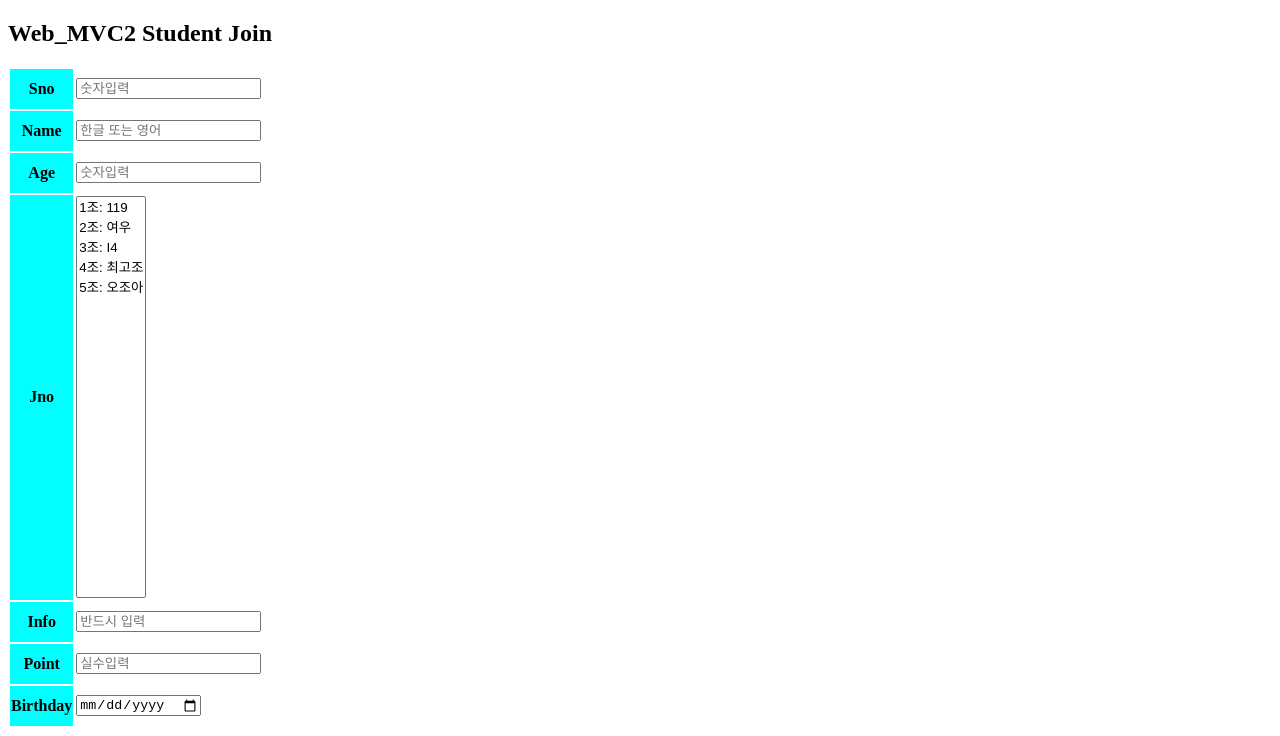
Repository: nameground/Java
Page: http://localhost/Web01/jsp99_mvcTest/mvc2_sJoin.jsp
The author's editor kept a copy of each file at every save. The page is drawn from the files as they stood at one save, then again after the next save.
The browser window is 1280 px wide. The pictures show the whole page.
The page is served by Tomcat 9. Nobody is signed in. The application's start-up code is not run. Other server files are loaded and not shown.

Above is the page before, as saved 2023-10-16 07:38:09.

### mTest/Mywork/Web01/src/main/webapp/jsp99_mvcTest/mvc2_sJoin.jsp
<%@ page language="java" contentType="text/html; charset=UTF-8"
    pageEncoding="UTF-8"%>
<%@ taglib uri="http://java.sun.com/jsp/jstl/core" prefix="c" %>
<!DOCTYPE html>
<html>
<head>
<meta charset="UTF-8">
<title>Web_MVC2 Student Join</title>
</head>
<body>
<h2>Web_MVC2 Student Join</h2>

<form action="">
	<table>
		<tr height="40">
			<th bgcolor="aqua">Sno</th>
			<td><input type="text" name="sno" placeholder="숫자입력" size="20"></td>
		</tr>
		<tr height="40">
			<th bgcolor="aqua">Name</th>
			<td><input type="text" name="name" placeholder="한글 또는 영어" size="20"></td>
		</tr>
		<tr height="40">
			<th bgcolor="aqua">Age</th>
			<td><input type="text" name="age" placeholder="숫자입력" size="20"></td>
		</tr>
		<tr height="40">
			<th bgcolor="aqua">Jno</th>
			<td>
				<select name="jno" size="20">
					<option value="1">1조: 119</option>
					<option value="2">2조: 여우</option>
					<option value="3">3조: I4</option>
					<option value="4">4조: 최고조</option>
					<option value="5">5조: 오조아</option>
				</select>
			</td>
		</tr>
		<tr height="40">
			<th bgcolor="aqua">Info</th>
			<td><input type="text" name="info" placeholder="반드시 입력" size="20"></td>
		</tr>
		<tr height="40">
			<th bgcolor="aqua">Point</th>
			<td><input type="text" name="point" placeholder="실수입력" size="20"></td>
		</tr>
		<tr height="40">
			<th bgcolor="aqua">Birthday</th>
			<td><input type="date" name="birthday" size="20"></td>
		</tr>
</table>





</form>



</body>
</html>

After the next save:
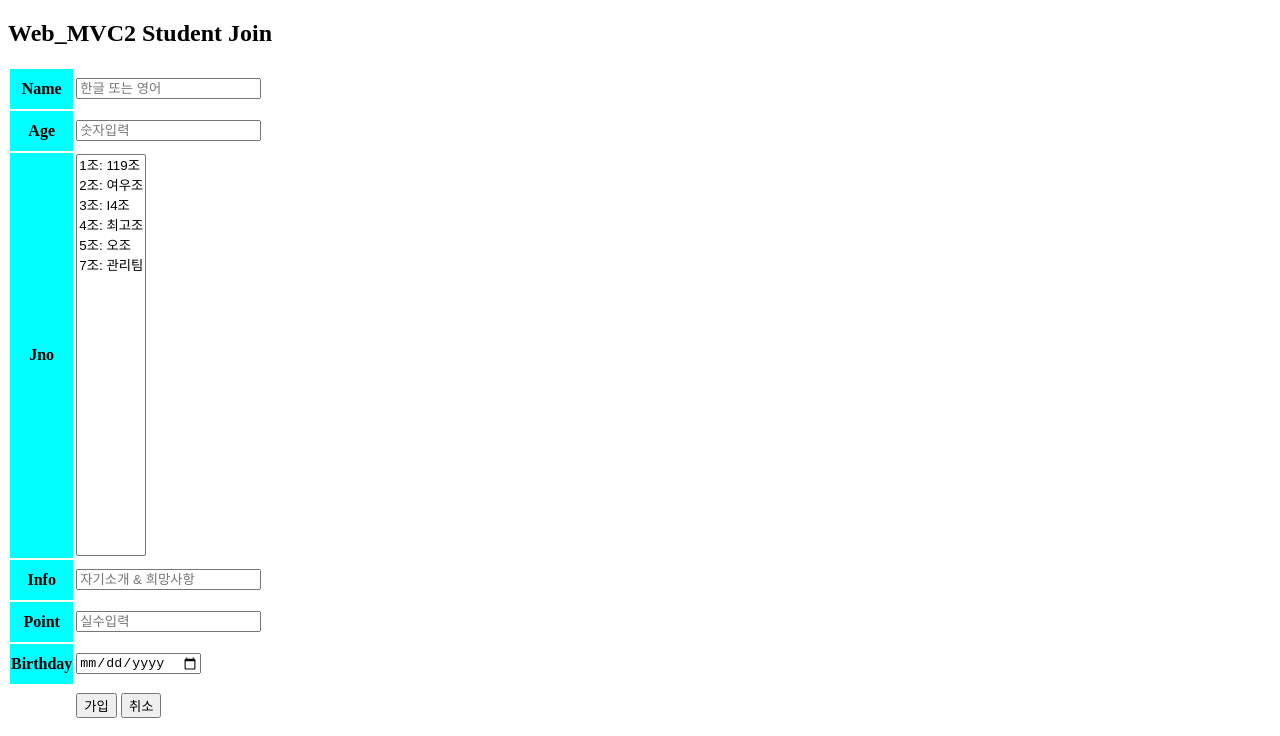
Saved 4 min 12 s later.
--- a/mTest/Mywork/Web01/src/main/webapp/jsp99_mvcTest/mvc2_sJoin.jsp
+++ b/mTest/Mywork/Web01/src/main/webapp/jsp99_mvcTest/mvc2_sJoin.jsp
@@ -13,10 +13,6 @@
 <form action="">
 	<table>
 		<tr height="40">
-			<th bgcolor="aqua">Sno</th>
-			<td><input type="text" name="sno" placeholder="숫자입력" size="20"></td>
-		</tr>
-		<tr height="40">
 			<th bgcolor="aqua">Name</th>
 			<td><input type="text" name="name" placeholder="한글 또는 영어" size="20"></td>
 		</tr>
@@ -28,17 +24,18 @@
 			<th bgcolor="aqua">Jno</th>
 			<td>
 				<select name="jno" size="20">
-					<option value="1">1조: 119</option>
-					<option value="2">2조: 여우</option>
-					<option value="3">3조: I4</option>
+					<option value="1">1조: 119조</option>
+					<option value="2">2조: 여우조</option>
+					<option value="3">3조: I4조</option>
 					<option value="4">4조: 최고조</option>
-					<option value="5">5조: 오조아</option>
+					<option value="5">5조: 오조</option>
+					<option value="7">7조: 관리팀</option>
 				</select>
 			</td>
 		</tr>
 		<tr height="40">
 			<th bgcolor="aqua">Info</th>
-			<td><input type="text" name="info" placeholder="반드시 입력" size="20"></td>
+			<td><input type="text" name="info" placeholder="자기소개 & 희망사항" size="20"></td>
 		</tr>
 		<tr height="40">
 			<th bgcolor="aqua">Point</th>
@@ -48,12 +45,14 @@
 			<th bgcolor="aqua">Birthday</th>
 			<td><input type="date" name="birthday" size="20"></td>
 		</tr>
-</table>
-
-
-
-
-
+		<tr height="40">
+			<th></th>
+			<td>
+				<input type="submit" value="가입">
+				<input type="reset" value="취소">
+			</td>
+		</tr>
+	</table>
 </form>
 
 
